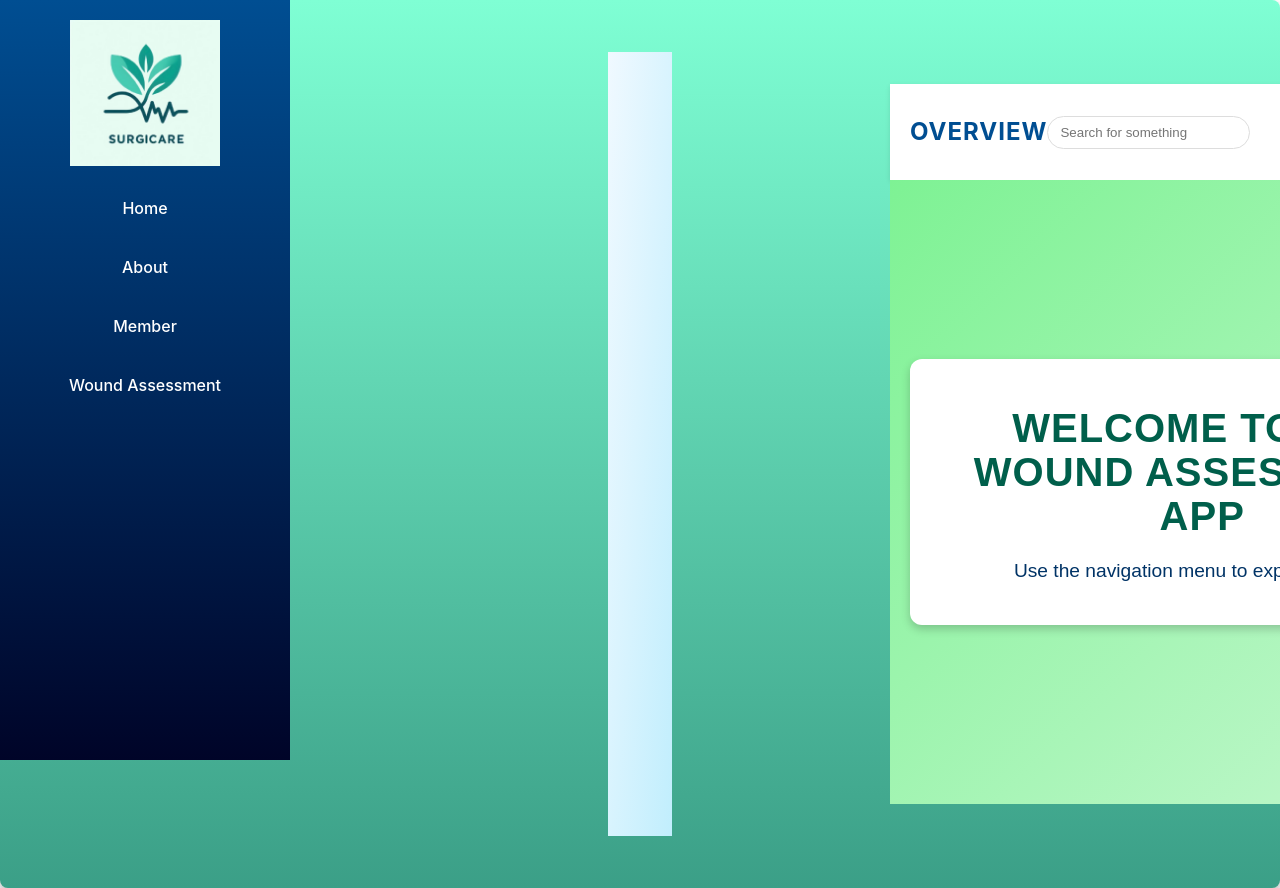
Repository: Jinwoo290350/Surgicare-Vue
Page: / (app in surgicare/)
The author's editor kept a copy of each file at every save. The page is drawn from the files as they stood at one save, then again after the next save.
The browser window is 1280 px wide. The pictures show the whole page.
The project was rebuilt for these pictures with package versions that can differ from the ones it lists, and the page was loaded fresh each time. Also part of the build but not shown: surgicare/vite.config.js, surgicare/src/views/About.vue, surgicare/src/views/Member.vue, surgicare/src/components/WoundAssessment.vue.

Above is the page before, as saved 2024-12-30 15:06:36.
Console error: TypeError: Cannot read properties of null (reading 'getContext')

After the next save:
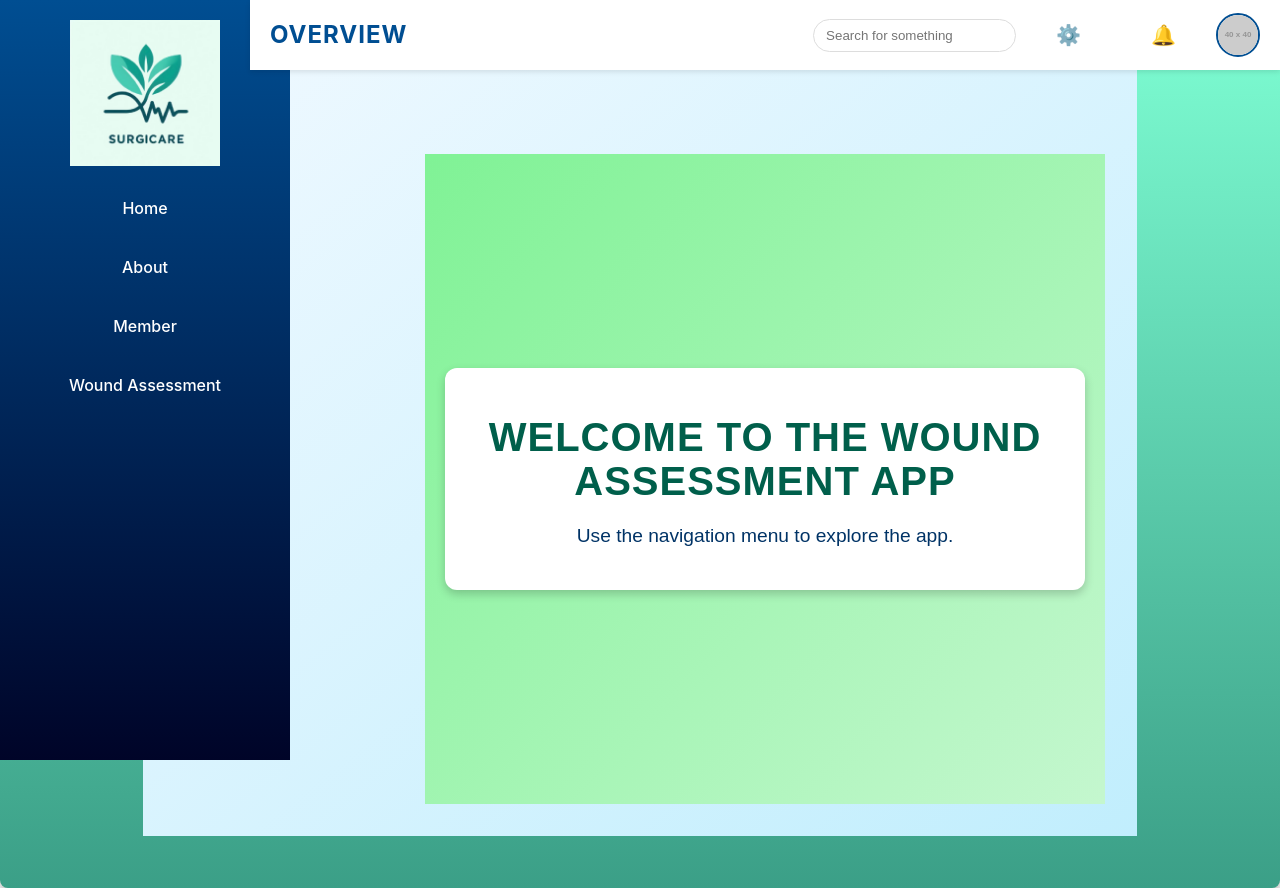
Saved 2 min 30 s later.
--- a/surgicare/src/App.vue
+++ b/surgicare/src/App.vue
@@ -10,16 +10,17 @@
       </nav>
     </aside>
 
-    <main class="main-content">
-      <header class="header">
-        <h1>Overview</h1>
-        <div class="header-tools">
-          <input type="text" placeholder="Search for something" class="search-box" />
-          <button class="settings-btn">⚙️</button>
-          <button class="notifications-btn">🔔</button>
-          <img src="https://via.placeholder.com/40" alt="Profile" class="profile-pic" />
-        </div>
-      </header>
+    <header class="header">
+      <h1>Overview</h1>
+      <div class="header-tools">
+        <input type="text" placeholder="Search for something" class="search-box" />
+        <button class="settings-btn">⚙️</button>
+        <button class="notifications-btn">🔔</button>
+        <img src="https://via.placeholder.com/40" alt="Profile" class="profile-pic" />
+      </div>
+    </header>
+
+    <main class="content-area">
       <router-view />
     </main>
   </div>
@@ -40,6 +41,7 @@ body {
 
 .app-container {
   display: flex;
+  flex-direction: column;
   height: 100vh;
   background: linear-gradient(to bottom right, #f0f9ff, #c1eefd);
   overflow: hidden; /* Prevent scroll */
@@ -83,22 +85,19 @@ body {
   transform: scale(1.05);
 }
 
-.main-content {
+.header {
   position: fixed;
-  margin-left: 250px; /* Offset for the fixed sidebar */
-  flex-grow: 1;
-  display: flex;
-  flex-direction: column;
-  height: 100vh; /* Ensure it stretches to full height */
-}
-
-.header {
+  top: 0;
+  left: 250px; /* Offset for the sidebar */
+  right: 0;
+  height: 70px;
+  background: white;
   display: flex;
   justify-content: space-between;
   align-items: center;
-  padding: 20px;
-  background: white;
+  padding: 0 20px;
   box-shadow: 0 2px 5px rgba(0, 0, 0, 0.1);
+  z-index: 1000;
 }
 
 .header h1 {
@@ -141,4 +140,31 @@ body {
   border-radius: 50%;
   border: 2px solid #004e92;
 }
+
+.content-area {
+  margin-top: 70px; /* Offset for the fixed header */
+  margin-left: 250px; /* Offset for the fixed sidebar */
+  flex-grow: 1;
+  background: linear-gradient(to bottom right, #e6f7f9, #ffffff);
+  display: flex;
+  justify-content: center;
+  align-items: center;
+  position: relative;
+  overflow-y: auto;
+}
+
+.placeholder {
+  width: 80%;
+  height: 80%;
+  background: rgba(255, 255, 255, 0.8);
+  border-radius: 20px;
+  box-shadow: 0 4px 20px rgba(0, 0, 0, 0.1);
+  display: flex;
+  justify-content: center;
+  align-items: center;
+  font-size: 28px;
+  color: #004e92;
+  font-weight: bold;
+  text-align: center;
+}
 </style>
